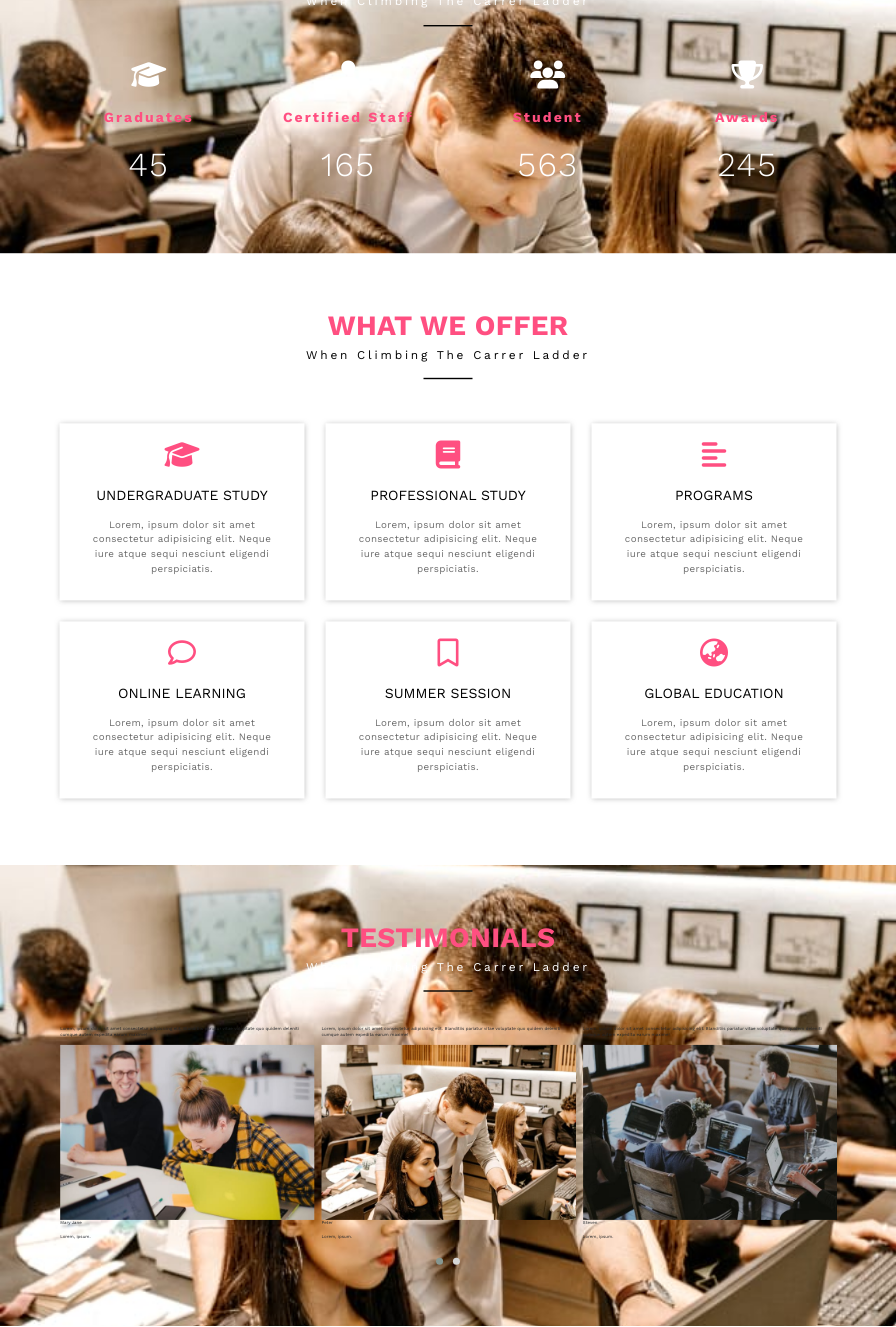
Repository: tudo1611/BC44_BOOTSTRAP_B7_INSTRUCTION_DO-TRUNG-TU
Page: index.html
The author's editor kept a copy of each file at every save. The page is drawn from the files as they stood at one save, then again after the next save.
The browser window is 1280 px wide. The pictures show the part of the page from y = 1944 to 3864 px (the page is 3839 px tall before and 3864 px after), at 70% of full size.
Backgrounds fixed to the window are drawn as part of the page.

Above is the page before, as saved 2023-01-20 14:27:22.

### index.html
<!DOCTYPE html>
<html lang="en">
  <head>
    <meta charset="UTF-8" />
    <meta http-equiv="X-UA-Compatible" content="IE=edge" />
    <meta name="viewport" content="width=device-width, initial-scale=1.0" />
    <title>Instruction Cyber</title>
    <!-- bs4 css  -->
    <link
      rel="stylesheet"
      href="https://cdn.jsdelivr.net/npm/bootstrap@4.5.3/dist/css/bootstrap.min.css"
      integrity="sha384-TX8t27EcRE3e/ihU7zmQxVncDAy5uIKz4rEkgIXeMed4M0jlfIDPvg6uqKI2xXr2"
      crossorigin="anonymous"
    />
    <!-- font awesome -->
    <link
      rel="stylesheet"
      href="https://cdnjs.cloudflare.com/ajax/libs/font-awesome/6.2.1/css/all.min.css"
      integrity="sha512-MV7K8+y+gLIBoVD59lQIYicR65iaqukzvf/nwasF0nqhPay5w/9lJmVM2hMDcnK1OnMGCdVK+iQrJ7lzPJQd1w=="
      crossorigin="anonymous"
      referrerpolicy="no-referrer"
    />
    <!-- font gg  -->
    <link rel="preconnect" href="https://fonts.googleapis.com" />
    <link rel="preconnect" href="https://fonts.gstatic.com" crossorigin />
    <link
      href="https://fonts.googleapis.com/css2?family=Work+Sans:wght@300;400;700&display=swap"
      rel="stylesheet"
    />
    <!-- owl carousel  -->
    <link rel="stylesheet" href="./css/owl.carousel.min.css" />
    <link rel="stylesheet" href="./css/owl.theme.default.min.css" />
    <!-- main css -->
    <link rel="stylesheet" href="./css/index.css" />
  </head>
  <body>
    <!-- header  -->
    <header>
      <div
        class="header__top d-flex justify-content-between align-items-center py-2 container-fluid"
      >
        <div class="header__left">
          <a href="tel:0961051014" class="text-white mr-4"
            ><i class="fa-solid fa-phone"></i> 096.105.1014</a
          >
          <a href="mailto:info@cybersoft.edu.vn" class="text-white"
            ><i class="fa-regular fa-envelope"></i> info@cybersoft.edu.vn</a
          >
        </div>
        <div class="header__right">
          <a href="#"><i class="fab fa-facebook-f"></i></a>
          <a href="#"><i class="fab fa-twitter"></i></a>
          <a href=""><i class="fab fa-pinterest"></i></a>
          <a href=""><i class="fab fa-linkedin-in"></i></a>
        </div>
      </div>
      <nav class="navInstruction navbar navbar-expand-lg container">
        <a class="navbar-brand text-center" href="#">
          <p class="mb-0"><i class="fa fa-book"></i> INSTRUCTION</p>
          <p class="mb-0">EDUCATION</p>
        </a>
        <button
          class="navbar-toggler"
          type="button"
          data-toggle="collapse"
          data-target="#navbarInstruction"
          aria-controls="navbarNavDropdown"
          aria-expanded="false"
          aria-label="Toggle navigation"
        >
          <i class="fa fa-bars"></i>
        </button>
        <div class="collapse navbar-collapse" id="navbarInstruction">
          <ul class="navbar-nav ml-auto">
            <li class="nav-item active">
              <a class="nav-link" href="#"
                >HOME <span class="sr-only">(current)</span></a
              >
            </li>
            <li class="nav-item">
              <a class="nav-link" href="#">ABOUT</a>
            </li>
            <li class="nav-item">
              <a class="nav-link" href="#">SERVICES</a>
            </li>
            <li class="nav-item">
              <a class="nav-link" href="#">GALLERY</a>
            </li>
            <li class="nav-item dropdown">
              <a
                class="nav-link dropdown-toggle"
                href="#"
                id="navbarDropdownMenuLink"
                role="button"
                data-toggle="dropdown"
                aria-haspopup="true"
                aria-expanded="false"
              >
                PAGES
              </a>
              <div
                class="dropdown-menu"
                aria-labelledby="navbarDropdownMenuLink"
              >
                <a class="dropdown-item" href="#">Codes</a>
                <a class="dropdown-item" href="#">Icons</a>
              </div>
            </li>
            <li class="nav-item">
              <a class="nav-link" href="#">CONTACT</a>
            </li>
          </ul>
        </div>
      </nav>
    </header>
    <!-- carousel -->
    <section class="cyberCarousel">
      <div id="carouselCyber" class="carousel slide" data-ride="carousel">
        <ol class="carousel-indicators">
          <li
            data-target="#carouselCyber"
            data-slide-to="0"
            class="active"
          ></li>
          <li data-target="#carouselCyber" data-slide-to="1"></li>
          <li data-target="#carouselCyber" data-slide-to="2"></li>
        </ol>
        <div class="carousel-inner">
          <div class="carousel-item active">
            <img src="./img/g1.jpg" class="d-block w-100" alt="..." />
            <div class="container carousel-caption d-none d-md-block">
              <h1>Graphic Work Designing.</h1>
              <p>
                Any successful career statrs with good education. Together with
                us you will have deeper knownledge of the subjects
              </p>
              <button class="btn">
                Read More <i class="fa fa-angle-double-right"></i>
              </button>
            </div>
          </div>
          <div class="carousel-item">
            <img src="./img/g2.jpg" class="d-block w-100" alt="..." />
            <div class="container carousel-caption d-none d-md-block">
              <h1>Financial Analyst Course.</h1>
              <p>
                Any successful career statrs with good education. Together with
                us you will have deeper knownledge of the subjects
              </p>
              <button class="btn">
                Read More <i class="fa fa-angle-double-right"></i>
              </button>
            </div>
          </div>
          <div class="carousel-item">
            <img src="./img/g3.jpg" class="d-block w-100" alt="..." />
            <div class="container carousel-caption d-none d-md-block">
              <h1>Digital Marketing Course.</h1>
              <p>
                Any successful career statrs with good education. Together with
                us you will have deeper knownledge of the subjects
              </p>
              <button class="btn">
                Read More <i class="fa fa-angle-double-right"></i>
              </button>
            </div>
          </div>
        </div>
        <a
          class="carousel-control-prev"
          href="#carouselCyber"
          role="button"
          data-slide="prev"
        >
          <span class="carousel-control-prev-icon" aria-hidden="true"></span>
          <span class="sr-only">Previous</span>
        </a>
        <a
          class="carousel-control-next"
          href="#carouselCyber"
          role="button"
          data-slide="next"
        >
          <span class="carousel-control-next-icon" aria-hidden="true"></span>
          <span class="sr-only">Next</span>
        </a>
      </div>
    </section>
    <!-- welcome  -->
    <section class="welcome section">
      <div class="heading">
        <h2>WELCOME TO EDUCATION</h2>
        <p>When Climbing The Carrer Ladder</p>
      </div>
      <div class="welcome__content">
        <p>
          Lorem ipsum dolor sit amet consectetur adipisicing elit. Sed ut eaque
          voluptatem officiis dolorem? Dolore, quia. Id deleniti in tenetur!
        </p>
        <div class="welcome__courses container">
          <div class="row">
            <div class="welcome__col col-4 border border-dark">
              <div class="welcome__item">
                <i class="fa fa-desktop"></i>
                <h3>Design Course</h3>
                <h4>Fashion Design</h4>
                <p>Lorem ipsum dolor sit amet.</p>
                <h4>Interior Design</h4>
                <p>Lorem ipsum dolor sit amet.</p>
                <h4>Graphic Design</h4>
                <p>Lorem ipsum dolor sit amet.</p>
              </div>
            </div>
            <div class="welcome__col col-4 border border-dark">
              <div class="welcome__item">
                <i class="fa fa-arrows-alt"></i>
                <h3>Marketing Course</h3>
                <h4>Facebook Marketing</h4>
                <p>Lorem ipsum dolor sit amet.</p>
                <h4>Youtube Marketing</h4>
                <p>Lorem ipsum dolor sit amet.</p>
                <h4>Twitter Marketing</h4>
                <p>Lorem ipsum dolor sit amet.</p>
              </div>
            </div>
            <div class="welcome__col col-4 border border-dark">
              <div class="welcome__item">
                <i class="fa fa-chart-bar"></i>
                <h3>Financial Course</h3>
                <h4>Complexities Of Banking</h4>
                <p>Lorem ipsum dolor sit amet.</p>
                <h4>Compliance Regulation</h4>
                <p>Lorem ipsum dolor sit amet.</p>
                <h4>Finance Products</h4>
                <p>Lorem ipsum dolor sit amet.</p>
              </div>
            </div>
          </div>
        </div>
      </div>
    </section>
    <!-- our stats  -->
    <section class="ourStats section">
      <div class="heading heading--white">
        <h2>OUR STATS</h2>
        <p>When Climbing The Carrer Ladder</p>
      </div>
      <div class="outStats__content container">
        <div class="row">
          <div class="col-3">
            <div class="ourStats__item">
              <i class="fa fa-graduation-cap"></i>
              <h3>Graduates</h3>
              <p>45</p>
            </div>
          </div>
          <div class="col-3">
            <div class="ourStats__item">
              <i class="fa fa-user"></i>
              <h3>Certified Staff</h3>
              <p>165</p>
            </div>
          </div>
          <div class="col-3">
            <div class="ourStats__item">
              <i class="fa fa-users"></i>
              <h3>Student</h3>
              <p>563</p>
            </div>
          </div>
          <div class="col-3">
            <div class="ourStats__item">
              <i class="fa fa-trophy"></i>
              <h3>Awards</h3>
              <p>245</p>
            </div>
          </div>
        </div>
      </div>
    </section>
    <!-- offer -->
    <section class="offer section">
      <div class="heading">
        <h2>WHAT WE OFFER</h2>
        <p>When Climbing The Carrer Ladder</p>
      </div>
      <div class="offer__content container">
        <div class="row">
          <div class="col-4 offer__col">
            <div class="offer__item">
              <i class="fa fa-graduation-cap"></i>
              <h3>UNDERGRADUATE STUDY</h3>
              <p>
                Lorem, ipsum dolor sit amet consectetur adipisicing elit. Neque
                iure atque sequi nesciunt eligendi perspiciatis.
              </p>
            </div>
          </div>
          <div class="col-4 offer__col">
            <div class="offer__item">
              <i class="fa fa-book"></i>
              <h3>PROFESSIONAL STUDY</h3>
              <p>
                Lorem, ipsum dolor sit amet consectetur adipisicing elit. Neque
                iure atque sequi nesciunt eligendi perspiciatis.
              </p>
            </div>
          </div>
          <div class="col-4 offer__col">
            <div class="offer__item">
              <i class="fa fa-align-left"></i>
              <h3>PROGRAMS</h3>
              <p>
                Lorem, ipsum dolor sit amet consectetur adipisicing elit. Neque
                iure atque sequi nesciunt eligendi perspiciatis.
              </p>
            </div>
          </div>
          <div class="col-4 offer__col">
            <div class="offer__item">
              <i class="fa-regular fa-comment"></i>
              <h3>ONLINE LEARNING</h3>
              <p>
                Lorem, ipsum dolor sit amet consectetur adipisicing elit. Neque
                iure atque sequi nesciunt eligendi perspiciatis.
              </p>
            </div>
          </div>
          <div class="col-4 offer__col">
            <div class="offer__item">
              <i class="fa-regular fa-bookmark"></i>
              <h3>SUMMER SESSION</h3>
              <p>
                Lorem, ipsum dolor sit amet consectetur adipisicing elit. Neque
                iure atque sequi nesciunt eligendi perspiciatis.
              </p>
            </div>
          </div>
          <div class="col-4 offer__col">
            <div class="offer__item">
              <i class="fa fa-globe-asia"></i>
              <h3>GLOBAL EDUCATION</h3>
              <p>
                Lorem, ipsum dolor sit amet consectetur adipisicing elit. Neque
                iure atque sequi nesciunt eligendi perspiciatis.
              </p>
            </div>
          </div>
        </div>
      </div>
    </section>
    <!-- feedback -->
    <section class="feedback section">
      <div class="heading heading--white">
        <h2>TESTIMONIALS</h2>
        <p>When Climbing The Carrer Ladder</p>
      </div>
      <div class="container">
        <div class="feedback__content">
          <div class="owl-carousel owl-theme">
            <div class="item">
              <div class="feedback__top">
                <p>Lorem, ipsum dolor sit amet consectetur adipisicing elit. Blanditiis pariatur vitae voluptate quo quidem deleniti cumque autem expedita earum maxime!</p>
              </div>
              <div class="feedback__bottom">
                <img src="./img/g1.jpg" alt="">
                <div class="feedback__name">
                  <p>Mary Jane</p>
                  <p>Lorem, ipsum.</p>
                </div>
              </div>
            </div>
            <div class="item">
              <div class="feedback__top">
                <p>Lorem, ipsum dolor sit amet consectetur adipisicing elit. Blanditiis pariatur vitae voluptate quo quidem deleniti cumque autem expedita earum maxime!</p>
              </div>
              <div class="feedback__bottom">
                <img src="./img/g2.jpg" alt="">
                <div class="feedback__name">
                  <p>Peter</p>
                  <p>Lorem, ipsum.</p>
                </div>
              </div>
            </div>
            <div class="item">
              <div class="feedback__top">
                <p>Lorem, ipsum dolor sit amet consectetur adipisicing elit. Blanditiis pariatur vitae voluptate quo quidem deleniti cumque autem expedita earum maxime!</p>
              </div>
              <div class="feedback__bottom">
                <img src="./img/g3.jpg" alt="">
                <div class="feedback__name">
                  <p>Steven</p>
                  <p>Lorem, ipsum.</p>
                </div>
              </div>
            </div>
            <div class="item">
              <div class="feedback__top">
                <p>Lorem, ipsum dolor sit amet consectetur adipisicing elit. Blanditiis pariatur vitae voluptate quo quidem deleniti cumque autem expedita earum maxime!</p>
              </div>
              <div class="feedback__bottom">
                <img src="./img/g1.jpg" alt="">
                <div class="feedback__name">
                  <p>Wilson</p>
                  <p>Lorem, ipsum.</p>
                </div>
              </div>
            </div>
            <div class="item">
              <div class="feedback__top">
                <p>Lorem, ipsum dolor sit amet consectetur adipisicing elit. Blanditiis pariatur vitae voluptate quo quidem deleniti cumque autem expedita earum maxime!</p>
              </div>
              <div class="feedback__bottom">
                <img src="./img/g2.jpg" alt="">
                <div class="feedback__name">
                  <p>Guptill</p>
                  <p>Lorem, ipsum.</p>
                </div>
              </div>
            </div>

          </div>
        </div>
      </div>
    </section>
    <!-- new -->
    <section class="news"></section>
    <!-- footer  -->
    <footer></footer>

    <!-- thu vien ho tro -->
    <script
      src="https://cdnjs.cloudflare.com/ajax/libs/jquery/3.6.3/jquery.min.js"
      integrity="sha512-STof4xm1wgkfm7heWqFJVn58Hm3EtS31XFaagaa8VMReCXAkQnJZ+jEy8PCC/iT18dFy95WcExNHFTqLyp72eQ=="
      crossorigin="anonymous"
      referrerpolicy="no-referrer"
    ></script>
    <!-- owl js  -->
    <script src="./js/owl.carousel.min.js"></script>
    <script>
      $('.owl-carousel').owlCarousel({
    loop:true,
    margin:10,
    responsive:{
        0:{
            items:1
        },
        600:{
            items:3
        },
        1000:{
            items:3
        }
    }
})
    </script>
    <!-- bs4 js  -->
    <script
      src="https://cdn.jsdelivr.net/npm/bootstrap@4.5.3/dist/js/bootstrap.bundle.min.js"
      integrity="sha384-ho+j7jyWK8fNQe+A12Hb8AhRq26LrZ/JpcUGGOn+Y7RsweNrtN/tE3MoK7ZeZDyx"
      crossorigin="anonymous"
    ></script>
  </body>
</html>

### css/index.css
/* global */
*{
    margin: 0;
    padding: 0;
    box-sizing: border-box;
}

html, body{
    font-family: 'Work Sans', sans-serif;
    font-size: 62.5%;
}
.heading{
    text-align: center;
    margin-bottom: 4.8rem;
}

.heading h2{
    font-size: 4rem;
    color: #ff4f81;
    font-weight: bold;
    letter-spacing: .5px;
}
.heading p{
    font-size: 1.7rem;
    text-transform: capitalize;
    letter-spacing: 0.4rem;
    color: #000;
}
.heading p::after{
    content: "";
    width: 7rem;
    height: 0.2rem;
    background-color: #000;
    display: block;
    margin: 2rem auto;
}
.section{
    padding: 8rem 0;
}
.heading--white p{
    color: #fff;
}

/* header  */
.header__top {
    background-color: #ff4f81;
    font-size: 1.4rem;
}
.header__top a{
    text-decoration: none;
    color: #fff;
    transition: all .5s;
}
.header__left a:hover{
    color: #000 !important;
}
.header__right a{
    display: inline-block;
    text-align: center;
    width: 3rem;
    height: 3rem;
    line-height: 3rem;
    background-color: #000;
    border: 1px solid #000;
    margin-left: 0.25rem;
}
.header__right a:hover{
    background-color: #ff4f81;
    border-color: #fff;
}
.navInstruction a{
    color: #000;
    font-weight: bold;
}
.navInstruction .navbar-brand p:first-child{
    font-size: 3.6rem;

}
.navInstruction .navbar-brand p:first-child i{
    transform: skewX(-10deg);
}
.navInstruction .navbar-brand p:last-child{
    font-size: 1.1rem;
    color: #ff4f81;
    letter-spacing: 0.3rem;
}
#navbarInstruction .nav-link{
    font-size: 1.4rem;font-weight: bold;
    letter-spacing: 1px;
    transition: all .5s;
}
#navbarInstruction .nav-item:hover .nav-link{
    color: #ff4f81;
}
#navbarInstruction .nav-item{
    margin: 0 1.5rem;
}
#navbarInstruction .nav-item:after{
    content: "";
    display: inline-block;
    width: 0%;
    height: 0.2rem;
    background-color: #ff4f81;
    transition: all .5s;
}
#navbarInstruction .nav-item:hover::after{
    width: 100%;
}
#navbarInstruction .nav-item.active .nav-link{
    color: #ff4f81;
}
#navbarInstruction .nav-item.active::after{
    width: 100%;
}
#navbarInstruction .dropdown-menu{
    background-color: rgba(0, 0, 0, 0.6);
    border: 1px solid rgba(0, 0, 0, 0.6);
}
#navbarInstruction .dropdown-item{
    color: #fff;
    transition: all .5s;
}
#navbarInstruction .dropdown-item:focus, #navbarInstruction .dropdown-item:hover {
    background-color: transparent;
    color:#ff4f81;
}

/* carousel  */


#carouselCyber .carousel-caption{
    top: 60%;
    left: 50%;
    transform: translate(-50% , -50%);
}
#carouselCyber .carousel-caption h1{
    font-size: 5.2rem;
}
#carouselCyber .carousel-caption p{
    font-size: 1.6rem;
    font-weight: 300;
    letter-spacing: 0.4rem;
    line-height: 1.8rem;
    width: 70%;
    margin: auto;
    margin-bottom: 2.5rem;
}
#carouselCyber .carousel-caption .btn{
    padding: 1.1rem 2rem;
    color: #fff;
    border: 1px solid #fff;
    border-radius: 0;
    letter-spacing: 0.2rem;
    font-size: 1.4rem;
    transition: all .5s;
}
#carouselCyber .carousel-caption .btn:hover{
    background-color: #ff4f81;
    border-color: #ff4f81;
}
/* welcome  */
.welcome__content>p{
    width: 80%;
    margin: auto;
    text-align: center;
    font-size: 1.5rem;
    line-height: 1.8em;
    color: #999;
    letter-spacing: 1px;
    padding: 1rem 0 5rem;
}
.welcome__item i{
    font-size: 3.2rem;
}
.welcome__item h3{
    color: #ff4f81;
    font-weight: bold;
    font-size: 3rem;
    margin: 1.6rem 0;
}
.welcome__item h4{
    color: #000;
    font-size: 1.6rem;
    font-weight: bold;
    margin: 1.6rem 0 0.32rem;
    text-transform: uppercase;
}
.welcome__item p{
    color: #999;
    font-size: 1.6rem;
    line-height: 1.8em;
    margin: 1rem 0 0;
    letter-spacing: 1px;
}
.welcome__col{
    padding: 3.2rem;
}
/* ourstats  */
.ourStats{
    background-image: url(../img/g2.jpg);
    background-size: cover;
    background-attachment: fixed;
}
.outStats__content{
    text-align: center;
    color: #fff;
}
.outStats__content i{
    font-size: 4rem;
}
.outStats__content h3{
    font-size: 2rem;
    letter-spacing: 3px;
    font-weight: bold;
    margin: 3rem 0 2rem;
    color: #ff4f81;
}
.outStats__content p{
    font-size: 4.8rem;
    letter-spacing: 2px;
    font-weight: 300;
}
/* offer  */
.offer__col{
    padding: 1.5rem;
}
.offer__item{
    padding: 2.5rem 4rem;
    text-align: center;
    background-color: #fff;
    box-shadow: 0px 1px 8px 0px rgba(158, 158, 158, 0.75);
    transition: all .5s;
}
.offer__item:hover{
    background-color: #12ccc3;
}
.offer__item i{
    color: #ff4f81;
    font-size: 4rem;
}
.offer__item h3{
    font-size: 2rem;
    margin: 2.5rem 0 2rem;
    color: #000;
}
.offer__item p{
    font-size: 1.4rem;
    letter-spacing: .5px;
    color: #6b6b6b;
}
/* carousel  */
.feedback{
    background-image: url(../img/g2.jpg);
    background-size: cover;
    background-attachment: fixed;
    background-position: center;
}
.feedback__content{
    background-color: rgba(0, 0, 0, 0.47;
    box-shadow: 0px 1px 7px #8e8e8e;
    padding: 1.6rem;

}

Loaded but not shown: css/owl.carousel.min.css (library); css/owl.theme.default.min.css (common file); js/owl.carousel.min.js (library)

After the next save:
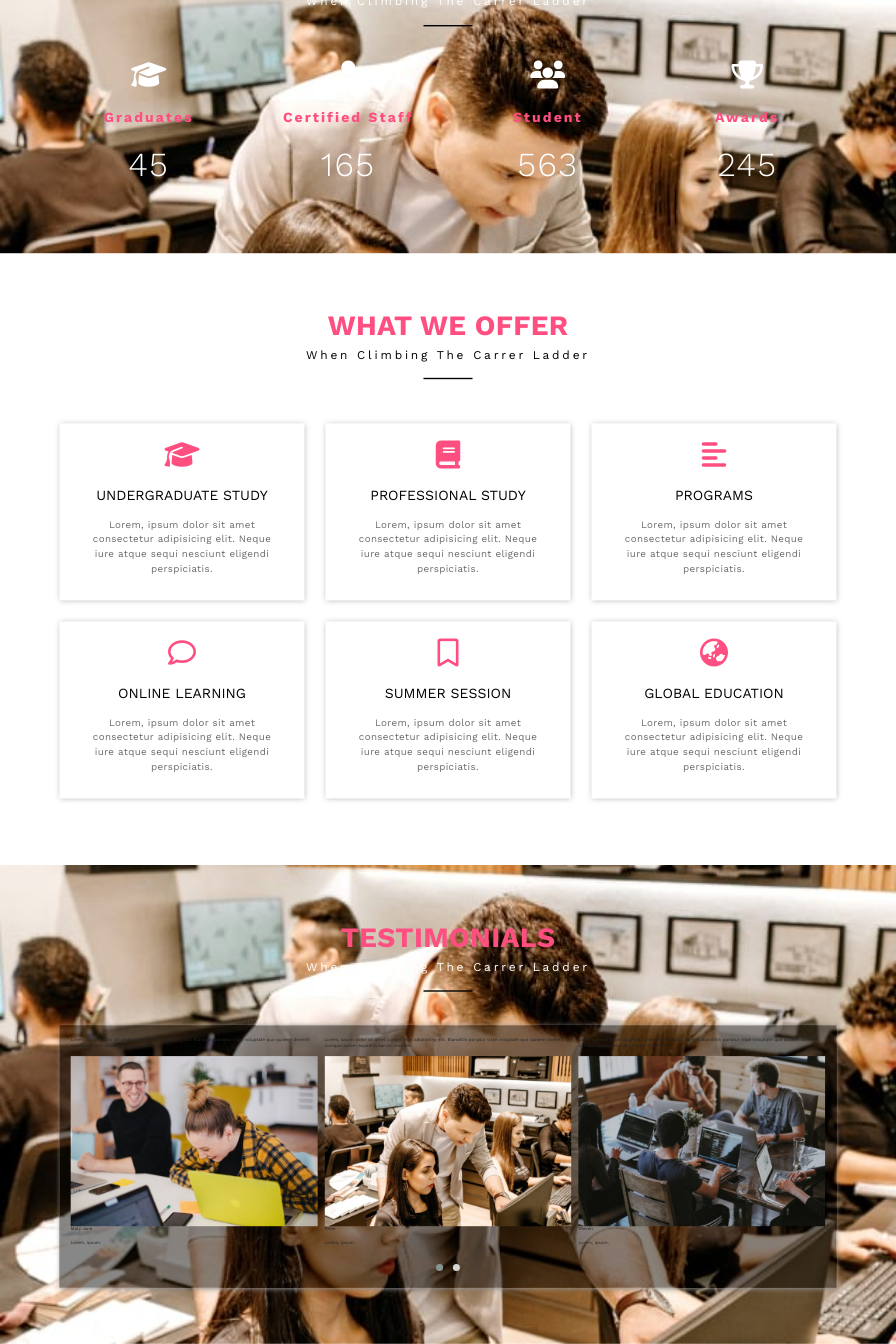
Saved 16 s later.
--- a/css/index.css
+++ b/css/index.css
@@ -256,7 +256,7 @@ html, body{
     background-position: center;
 }
 .feedback__content{
-    background-color: rgba(0, 0, 0, 0.47;
+    background-color: rgba(0, 0, 0, 0.47);
     box-shadow: 0px 1px 7px #8e8e8e;
     padding: 1.6rem;
 
